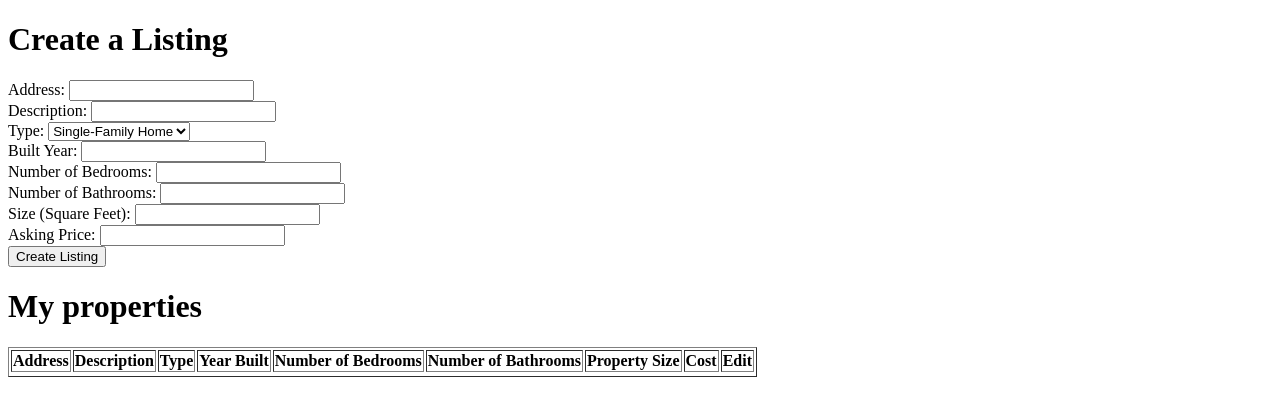
Repository: rickytorrez/test
Page: http://localhost/dcHome/WEB-INF/realtor.jsp
These files come from the project's save history. The page is drawn as it stood at one moment and after the next save; the edit follows.
The browser window is 1280 px wide. The pictures show the whole page.
The page is served by Tomcat 9. Nobody is signed in. Other server files are loaded and not shown. The template is opened directly, without the code that normally fills it, so the values that code supplies are empty.

Above is the page before, as saved 2018-05-31 20:57:05.

### dcHome/src/main/webapp/WEB-INF/realtor.jsp
<%@ page language="java" contentType="text/html; charset=UTF-8"
    pageEncoding="UTF-8"%>
<%@ taglib uri="http://java.sun.com/jsp/jstl/core" prefix="c" %>
<%@taglib prefix="fmt" uri="http://java.sun.com/jsp/jstl/fmt"%>
<%@taglib prefix="form" uri="http://www.springframework.org/tags/form"%>
<%@ taglib prefix="spring" uri="http://www.springframework.org/tags" %>
<!DOCTYPE html PUBLIC "-//W3C//DTD HTML 4.01 Transitional//EN" "http://www.w3.org/TR/html4/loose.dtd">
<html>
	<head>
		<meta http-equiv="Content-Type" content="text/html; charset=UTF-8">
		<title>Realtor</title>
	</head>
	<body>
		<h1>Create a Listing</h1>

		<form:form method="POST" action="/listings/createListing" modelAttribute="listing">
			<form:label path="address">Address:
				<form:input path="address"></form:input>
				<form:errors path="address"/>
			</form:label><br>

			<form:label path="description">Description:
				<form:input path="description"></form:input>
				<form:errors path="description"/>
			</form:label><br>
			<form:label path="type">Type:
				<form:select path="type">
					<form:option value="Single-Family">Single-Family Home</form:option>
					<form:option value="TownHome">Town House</form:option>
					<form:option value="Apartment">Apartment</form:option>
				</form:select>
			</form:label><br>
			<form:label path="yearbuilt">Built Year:
				<form:input type="number" path="yearbuilt"></form:input>
				<form:errors path="yearbuilt"/>
			</form:label><br>
			<form:label path="numberofrooms">Number of Bedrooms:
				<form:input type="number" path="numberofrooms"></form:input>
				<form:errors path="numberofrooms"/>
			</form:label><br>
			<form:label path="numberofbathrooms">Number of Bathrooms:
				<form:input type="number" path="numberofbathrooms"></form:input>
				<form:errors path="numberofbathrooms"/>
			</form:label><br>
			<form:label path="size">Size (Square Feet):
				<form:input type="number" path="size"></form:input>
				<form:errors path="size"/>
			</form:label><br>
			<form:label path="cost">Asking Price:
				<form:input type="number" path="cost"></form:input>
				<form:errors path="cost"/>
			</form:label><br>
			<input type="submit" value="Create Listing"/>
		</form:form>

		<h1>My properties</h1>
					<table border="1px">
				<tr>
					<th>Address</th>
					<th>Description</th>
					<th>Type</th>
					<th>Year Built</th>
					<th>Number of Bedrooms</th>
					<th>Number of Bathrooms</th>
					<th>Property Size</th>
					<th>Cost</th>
					<th>Edit</th>
				</tr>
				<c:forEach items="${user.listings}" var="listing">
				<tr>
					<td>${ listing.address }</td>
		 			<td>${ listing.description }</td>
		 			<td>${ listing.type }</td>
		 			<td>${ listing.yearbuilt }</td>
		 			<td>${ listing.numberofrooms }</td>
		 			<td>${ listing.numberofbathrooms }</td>
		 			<td>${ listing.size } Square Feet </td>
		 			<td>${ listing.cost }</td>
		 			<td><a href=""><button>Edit Property</button></a></td>
				</tr>
				</c:forEach>

				<tr></tr>
			</table>

	</body>
</html>

After the next save:
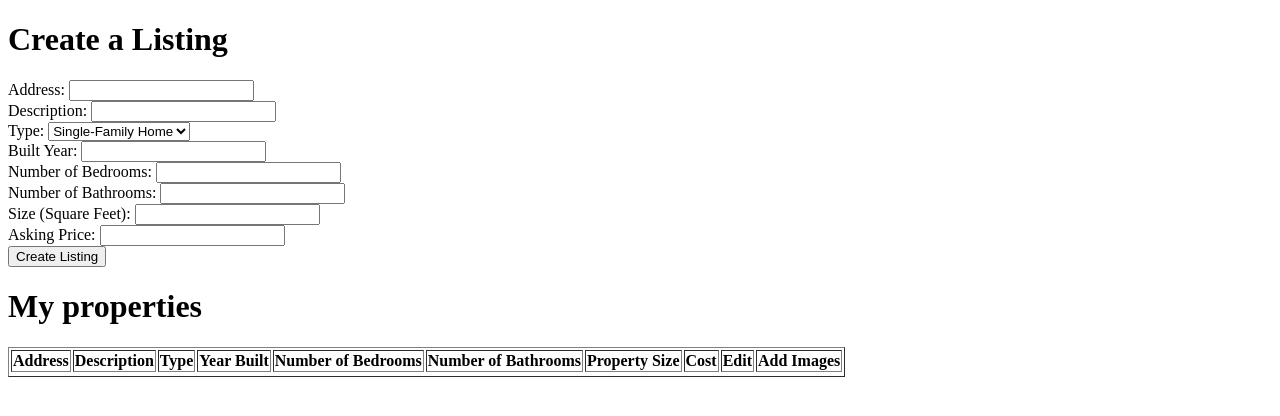
Saved 54 s later.
--- a/dcHome/src/main/webapp/WEB-INF/realtor.jsp
+++ b/dcHome/src/main/webapp/WEB-INF/realtor.jsp
@@ -65,6 +65,7 @@
 					<th>Property Size</th>
 					<th>Cost</th>
 					<th>Edit</th>
+					<th>Add Images</th>
 				</tr>
 				<c:forEach items="${user.listings}" var="listing">
 				<tr>

After the save that followed:
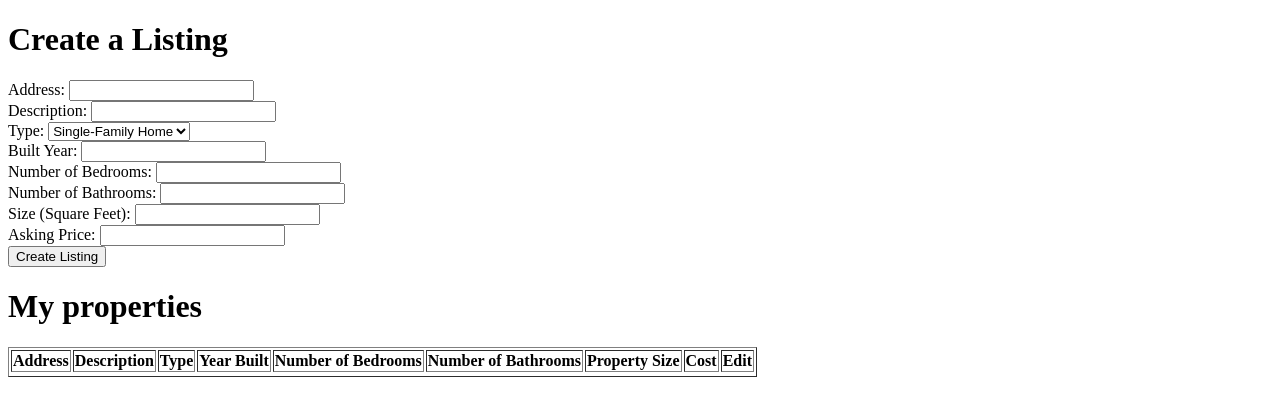
Saved 42 s later.
--- a/dcHome/src/main/webapp/WEB-INF/realtor.jsp
+++ b/dcHome/src/main/webapp/WEB-INF/realtor.jsp
@@ -65,7 +65,6 @@
 					<th>Property Size</th>
 					<th>Cost</th>
 					<th>Edit</th>
-					<th>Add Images</th>
 				</tr>
 				<c:forEach items="${user.listings}" var="listing">
 				<tr>
@@ -77,7 +76,7 @@
 		 			<td>${ listing.numberofbathrooms }</td>
 		 			<td>${ listing.size } Square Feet </td>
 		 			<td>${ listing.cost }</td>
-		 			<td><a href=""><button>Edit Property</button></a></td>
+		 			<td><a href=""><button>Details</button></a> <a href=""><button>Edit Property</button></td>
 				</tr>
 				</c:forEach>
 
